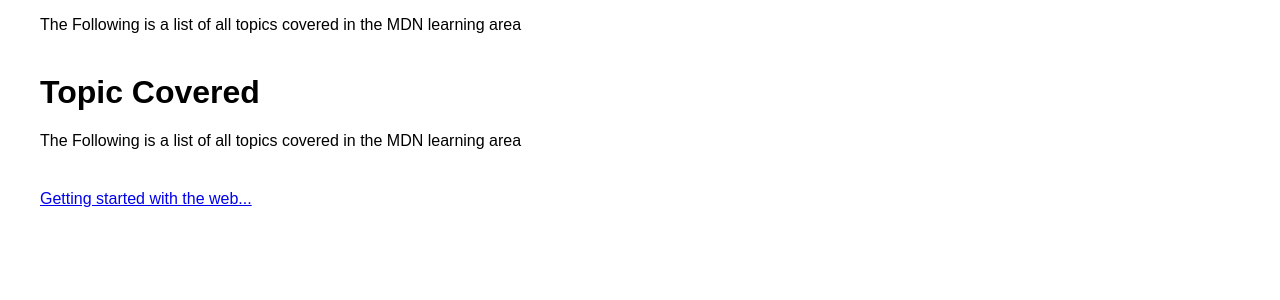
Repository: sriram1224/ReactProjects.github.io
Page: Assignments/Assignment1/index.html
An editor plug-in stored every save of this project. The page is shown before and after the next save, followed by the edit.
The browser window is 1280 px wide. The pictures show the whole page.

Above is the page before, as saved 2024-03-01 09:58:20.

### Assignments/Assignment1/index.html
<!DOCTYPE html>
<html>
<head>
  <script src="https://unpkg.com/react@18/umd/react.development.js"></script>
  <script src="https://unpkg.com/react-dom@18/umd/react-dom.development.js"></script>
  <style>
    body{
      margin-left: 40px;
      font-family: Arial, sans-serif;

    }
    #para{
      margin-bottom: 40px;
    }


  </style>
</head>

<body>

  <div id="root"></div>

  <script>

    const TopicHeader = () =>
    React.createElement(
      'div',
      null,
      [
      React.createElement(
      'p',
      {id: 'para'},
      'The Following is a list of all topics covered in the MDN learning area'),
      React.createElement(
        'h1',
        {id: 'title'},
        'Topic Covered'
      )
      ]);

    const TopicDescription = () => React.createElement(
      'div',
      null,
      [
      React.createElement(
      'p',
      {id: 'para'},
      'The Following is a list of all topics covered in the MDN learning area')
   ]);

    const TopicList = () => React.createElement(
      'div',
      null,
      [


        React.createElement('a', {href: 'http://example.com'}, 'Getting started with the web...')

      ]
    );

    ReactDOM.render(
      React.createElement(
        'div',
        null,
        [
          React.createElement(TopicHeader),
          React.createElement(TopicDescription),
          React.createElement(TopicList)
        ]
      ),
      document.getElementById('root')
    );

  </script>

</body>
</html>

After the next save:
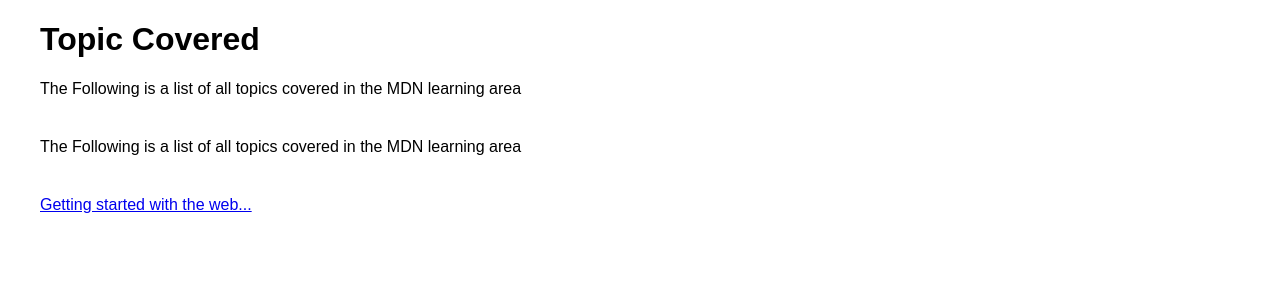
Saved 23 s later.
--- a/Assignments/Assignment1/index.html
+++ b/Assignments/Assignment1/index.html
@@ -29,14 +29,15 @@
       null,
       [
       React.createElement(
+        'h1',
+        {id: 'title'},
+        'Topic Covered'
+      ),
+      React.createElement(
       'p',
       {id: 'para'},
       'The Following is a list of all topics covered in the MDN learning area'),
-      React.createElement(
-        'h1',
-        {id: 'title'},
-        'Topic Covered'
-      )
+
       ]);
 
     const TopicDescription = () => React.createElement(
